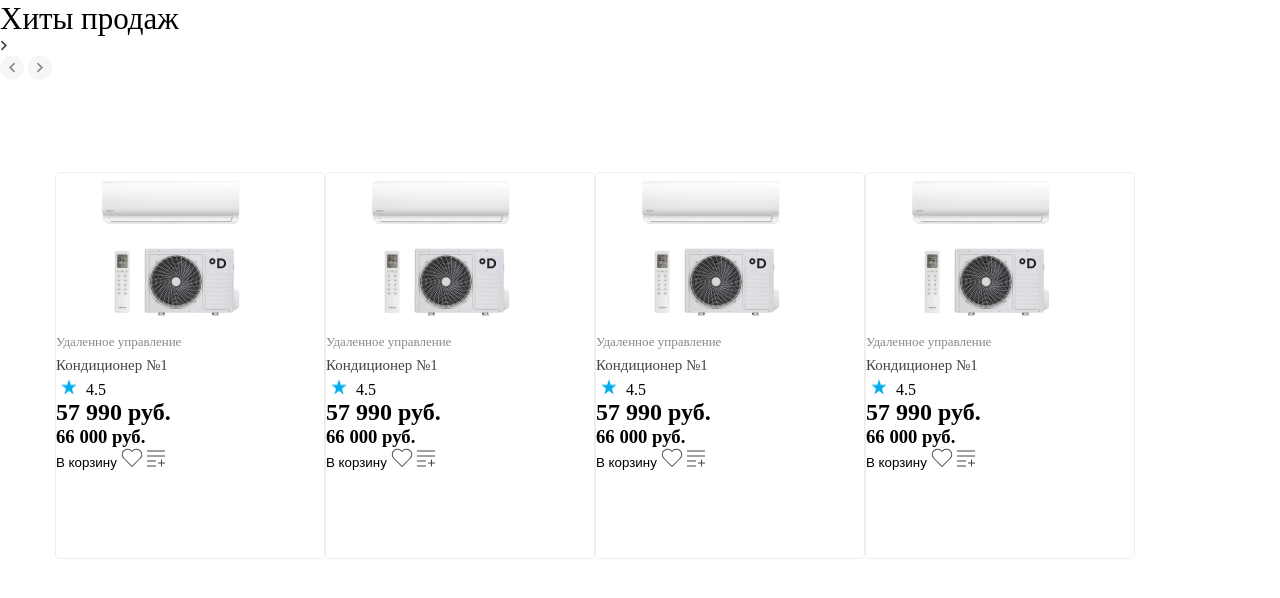
Repository: NikaMana/us
Page: index.html
An editor plug-in stored every save of this project. The page is shown before and after the next save, followed by the edit.
The browser window is 1280 px wide. The pictures show the whole page.

Above is the page before, as saved 2021-09-15 15:31:29.

### index.html
<!DOCTYPE html>
<html lang="ru">
<head>
    <meta charset="utf-8">
    <title>Main page</title>
    <meta name="viewport" content="widht=1100, initial-scale=1.0">
    <link rel="stylesheet" href="./styles.css">


</head>
<body>
<div class="welcome">
  <div class="welcome__container">
    <div class="welcome__up">
      <div class="welcome__left">
        <h1 class="welcome__hits">Хиты продаж</h1>
        <img class="welcome__arr" src="/img/arrbl.png" alt="blackarrow">
      </div>
      <div class="welcome__right">
        <img class="welcome__arr-left" src="/img/arrleft.png" alt="arrowleft">
        <img class="welcome__arr-right" src="/img/arrright.png" alt="arrowright">
      </div>
    </div>
      <div class="welcome__block-container">
        <div class="welcome__block">
          <img class="welcome__pic" src="/img/pic1.png" alt="condition">
          <h4 class="welcome__control">Удаленное управление</h4>
          <h3 class="welcome__condition">Кондиционер №1</h3>
          <div class="welcome__rating">
            <img class="welcome__star" src="/img/Star.png" alt="star">
            <span class="welcome__score">4.5</span>
          </div>
          <div class="welcome__price">
            <h2 class="welcome__price-current">57 990 руб.</h2>
            <h3 class="welcome__price-current">66 000 руб.</h3>
          </div>
          <div class="welcome__adding">
            <button class="welcome__button">В корзину</button>
            <img class="welcome__like" src="/img/like.png" alt="like">
            <img class="welcome__plus" src="/img/add.png" alt="add">
          </div>
        </div>
        <div class="welcome__block">
          <img class="welcome__pic" src="/img/pic1.png" alt="condition">
          <h4 class="welcome__control">Удаленное управление</h4>
          <h3 class="welcome__condition">Кондиционер №1</h3>
          <div class="welcome__rating">
            <img class="welcome__star" src="/img/Star.png" alt="star">
            <span class="welcome__score">4.5</span>
          </div>
          <div class="welcome__price">
            <h2 class="welcome__price-current">57 990 руб.</h2>
            <h3 class="welcome__price-current">66 000 руб.</h3>
          </div>
          <div class="welcome__adding">
            <button class="welcome__button">В корзину</button>
            <img class="welcome__like" src="/img/like.png" alt="like">
            <img class="welcome__plus" src="/img/add.png" alt="add">
          </div>
        </div>
        <div class="welcome__block">
          <img class="welcome__pic" src="/img/pic1.png" alt="condition">
          <h4 class="welcome__control">Удаленное управление</h4>
          <h3 class="welcome__condition">Кондиционер №1</h3>
          <div class="welcome__rating">
            <img class="welcome__star" src="/img/Star.png" alt="star">
            <span class="welcome__score">4.5</span>
          </div>
          <div class="welcome__price">
            <h2 class="welcome__price-current">57 990 руб.</h2>
            <h3 class="welcome__price-current">66 000 руб.</h3>
          </div>
          <div class="welcome__adding">
            <button class="welcome__button">В корзину</button>
            <img class="welcome__like" src="/img/like.png" alt="like">
            <img class="welcome__plus" src="/img/add.png" alt="add">
          </div>
        </div>
        <div class="welcome__block">
          <img class="welcome__pic" src="/img/pic1.png" alt="condition">
          <h4 class="welcome__control">Удаленное управление</h4>
          <h3 class="welcome__condition">Кондиционер №1</h3>
          <div class="welcome__rating">
            <img class="welcome__star" src="/img/Star.png" alt="star">
            <span class="welcome__score">4.5</span>
          </div>
          <div class="welcome__price">
            <h2 class="welcome__price-current">57 990 руб.</h2>
            <h3 class="welcome__price-current">66 000 руб.</h3>
          </div>
          <div class="welcome__adding">
            <button class="welcome__button">В корзину</button>
            <img class="welcome__like" src="/img/like.png" alt="like">
            <img class="welcome__plus" src="/img/add.png" alt="add">
          </div>
        </div>
      </div>
  </div>
</div>
</body>

### styles.css
*{
  margin: 0;
  padding: 0;
  box-sizing: border-box;
}
button{
  border: none;
  background: no-repeat;
}
h1, h2,h3,h4,h5{
  font-family: none;
  font-size: none;
}
.welcome{
  position: absolute;
  width: 100%;
  height: 100%;
  z-index: 0;
}

.welcome__hits{
font-family: Gotham Pro;
font-size: 31px;
font-style: normal;
font-weight: 300;
line-height: 37px;
letter-spacing: 0em;
text-align: left;
}
.welcome__block-container{
  display: flex;
  flex-direction: row;
}
.welcome__block{
height: 387px;
width: 270px;
left: 55px;
top: 88px;
border-radius: 5px;
position: relative;
height: 387px;
left: 55px;
right: 955px;
top: 88px;
background: #FFFFFF;
border: 1px solid #EEEEEE;
box-sizing: border-box;
border-radius: 5px;
}
.welcome__pic{
height: 150px;
left: 20px;
right: 20px;
top: 20px;
}
.welcome__control{
  position: static;
width: 230px;
height: 19px;
left: 0px;
top: 0px;
font-family: Gotham Pro;
font-style: normal;
font-weight: normal;
font-size: 13px;
line-height: 19px;
color: #888888;
flex: none;
order: 0;
align-self: stretch;
flex-grow: 0;
margin: 5px 0px;
}
.welcome__condition{
  position: static;
width: 230px;
height: 18px;
left: 0px;
top: 0px;
font-family: Gotham Pro;
font-style: normal;
font-weight: normal;
font-size: 15px;
line-height: 18px;
color: #444444;
flex: none;
order: 0;
align-self: stretch;
flex-grow: 0;
margin: 5px 0px;
}
.welcome__star{
  position: static;
width: 16px;
height: 16px;
left: 0px;
top: 0px;
flex: none;
order: 0;
flex-grow: 0;
margin: 0px 5px;
}
.welcome__score{

}

After the next save:
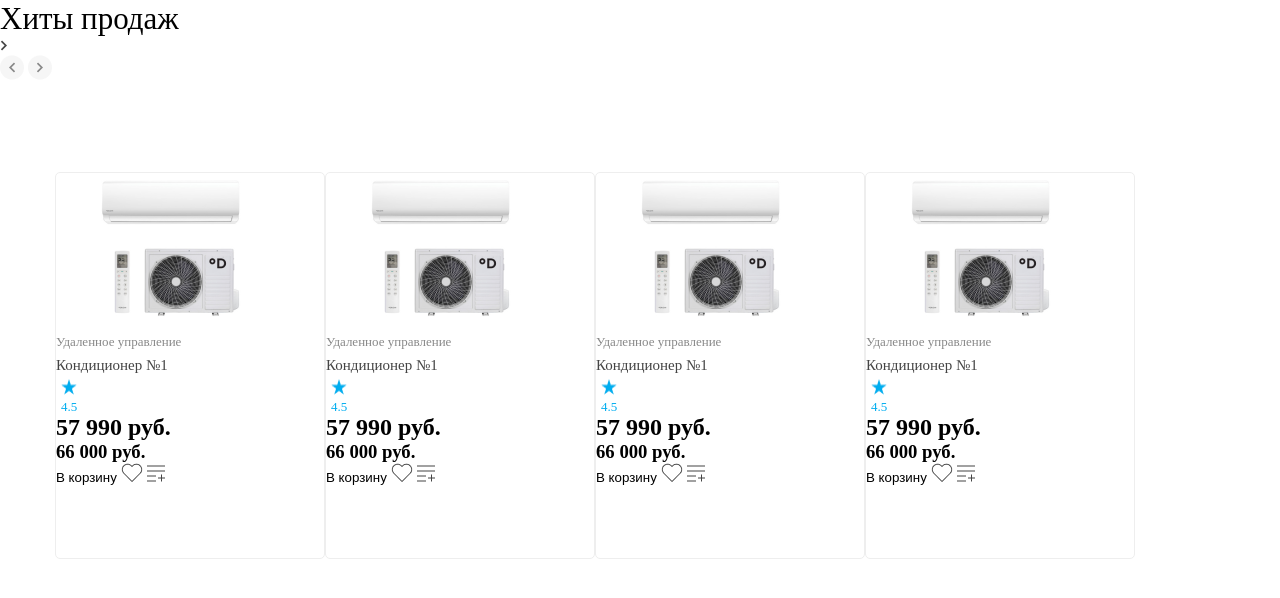
Saved 42 s later.
--- a/styles.css
+++ b/styles.css
@@ -101,5 +101,24 @@ flex-grow: 0;
 margin: 0px 5px;
 }
 .welcome__score{
+  position: static;
+width: 165px;
+height: 15px;
+left: 21px;
+top: 0px;
 
+/* H6 */
+
+font-family: Gotham Pro;
+font-style: normal;
+font-weight: normal;
+font-size: 13px;
+line-height: 15px;
+display: flex;
+align-items: center;
+color: #00ADEF;
+flex: none;
+order: 1;
+flex-grow: 1;
+margin: 0px 5px;
 }
